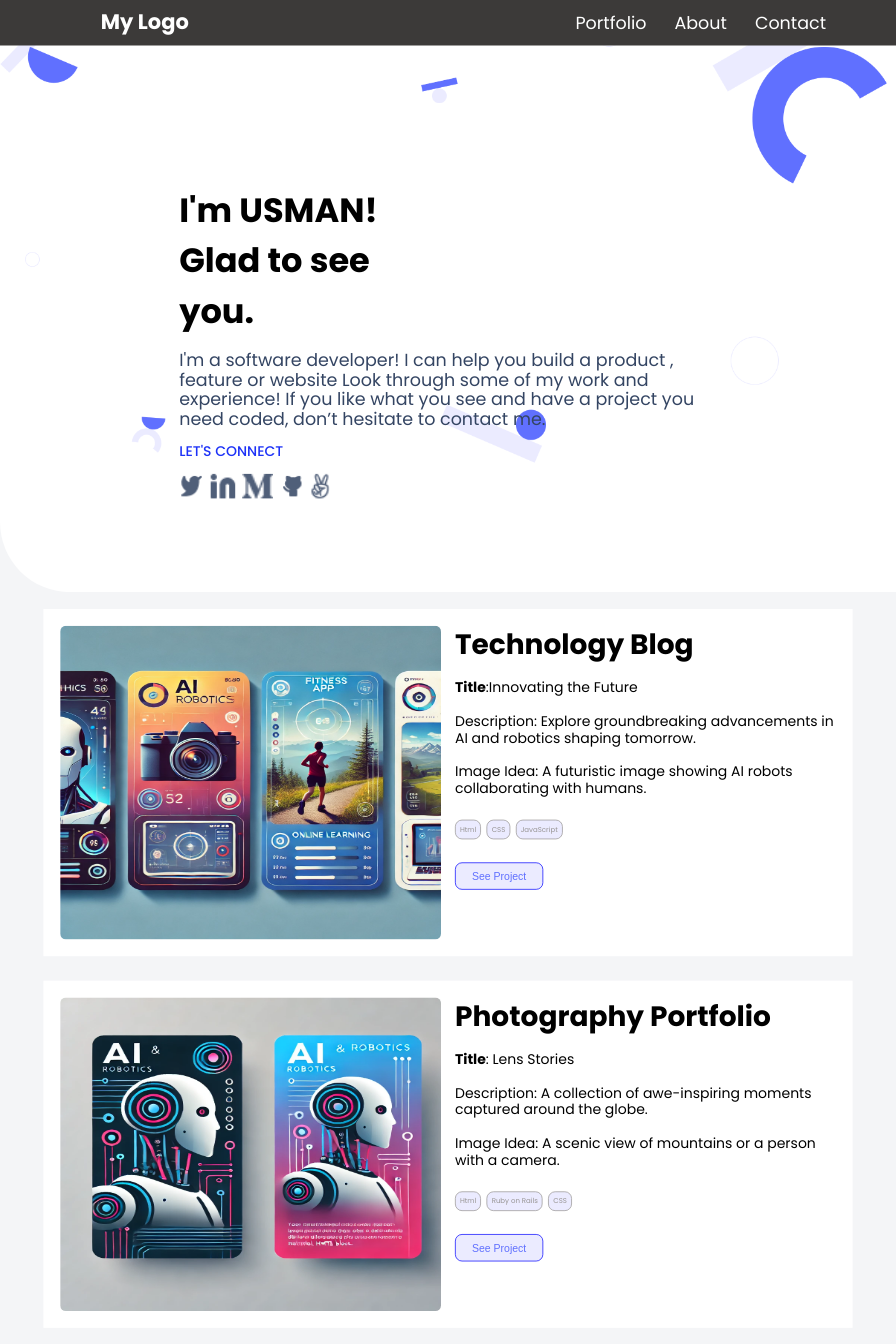
Repository: usman3123/portfolio-template-3
Page: index.html
The author's editor kept a copy of each file at every save. The page is drawn from the files as they stood at one save, then again after the next save.
The browser window is 1280 px wide. The pictures show the part of the page from y = 0 to 1920 px (the page is 4283 px tall), at 70% of full size.
Some web libraries are served in a nearby version.

Above is the page before, as saved 2025-03-13 10:29:58.

After the next save:
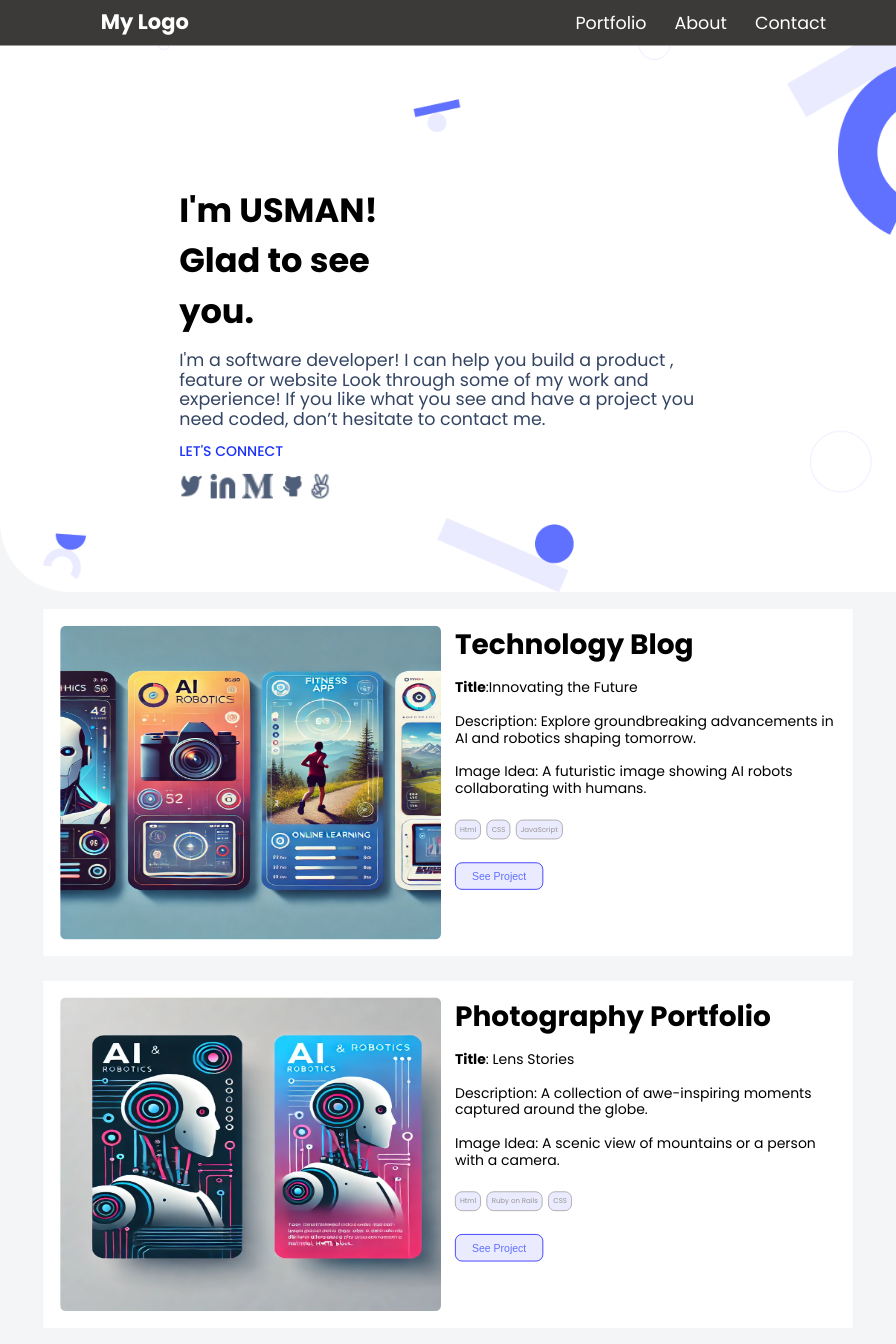
Saved 72 s later.
--- a/style.css
+++ b/style.css
@@ -63,8 +63,8 @@ body {
     max-width: 1440px;
     border-bottom-left-radius: 100px;
     background-image: url(/assets/Header\ bg@2x.png);
-    background-size: contain;
-    background-position: cover;
+    background-size: cover;
+    background-position: center;
     background-repeat: no-repeat;
 }
 
